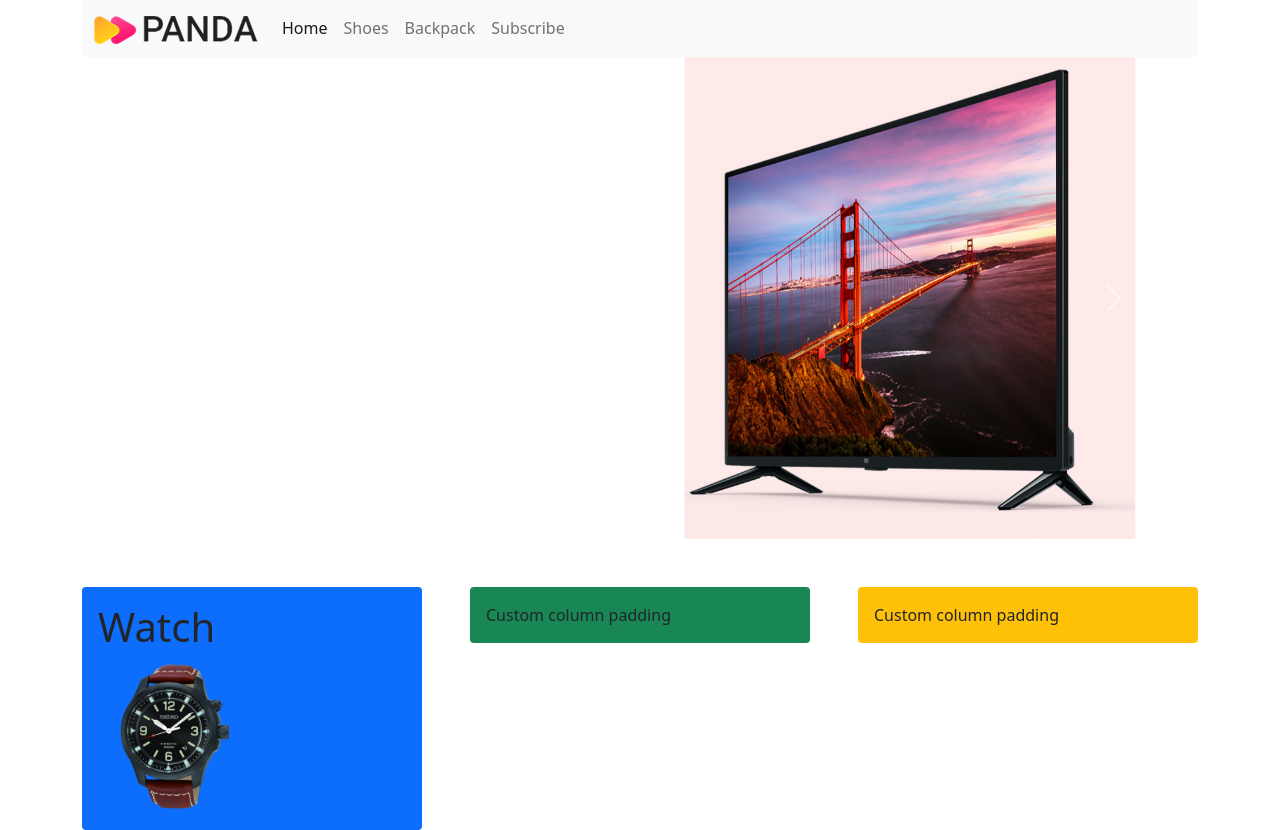
Repository: omarhasnain/panda-commerce-bootstrap
Page: index.html
An editor plug-in stored every save of this project. The page is shown before and after the next save, followed by the edit.
The browser window is 1280 px wide. The pictures show the whole page.

Above is the page before, as saved 2021-01-14 16:26:29.

After the next save:
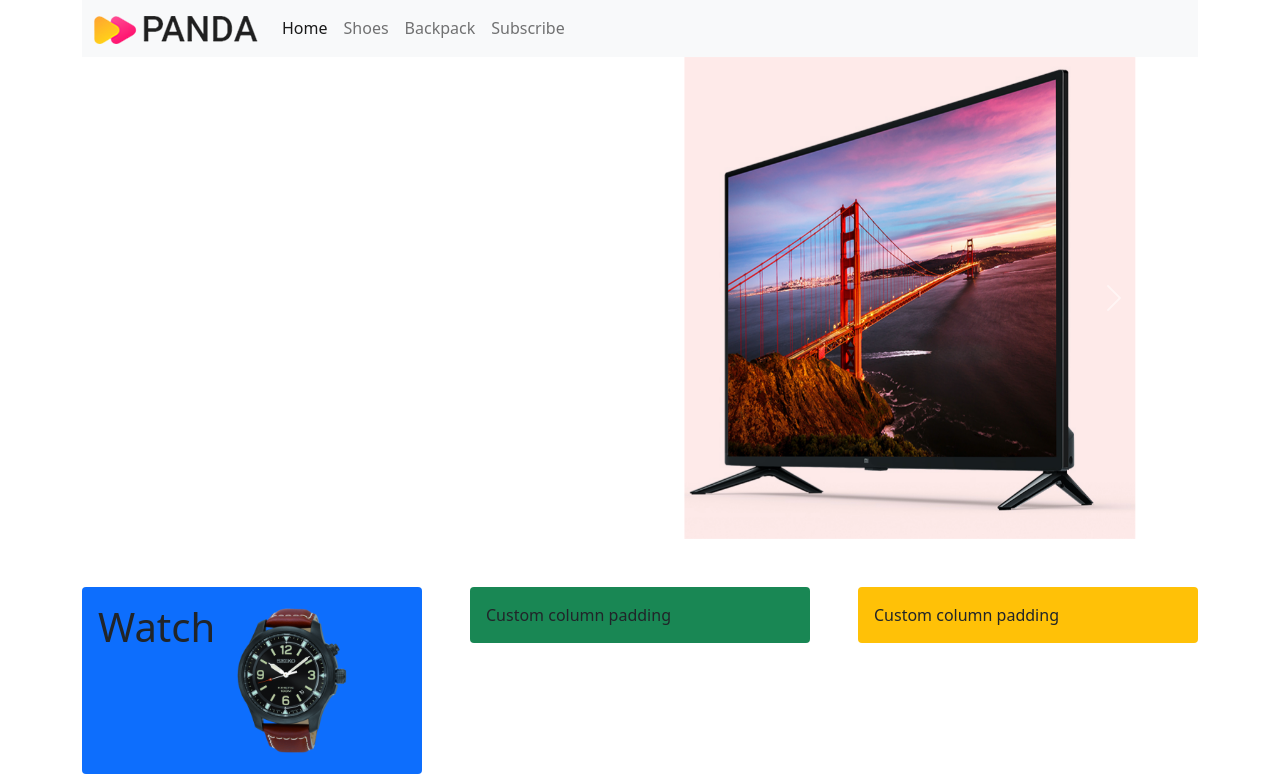
Saved 36 s later.
--- a/index.html
+++ b/index.html
@@ -76,7 +76,7 @@
         <section class="container overflow-hidden mt-5">
             <div class="row gx-5">
               <div class="col">
-               <div class="p-3 rounded bg-primary">
+               <div class="p-3 rounded bg-primary d-flex">
                    <h1>Watch</h1>
                    <img src="images/categories/watch.png" alt="">
                </div>
